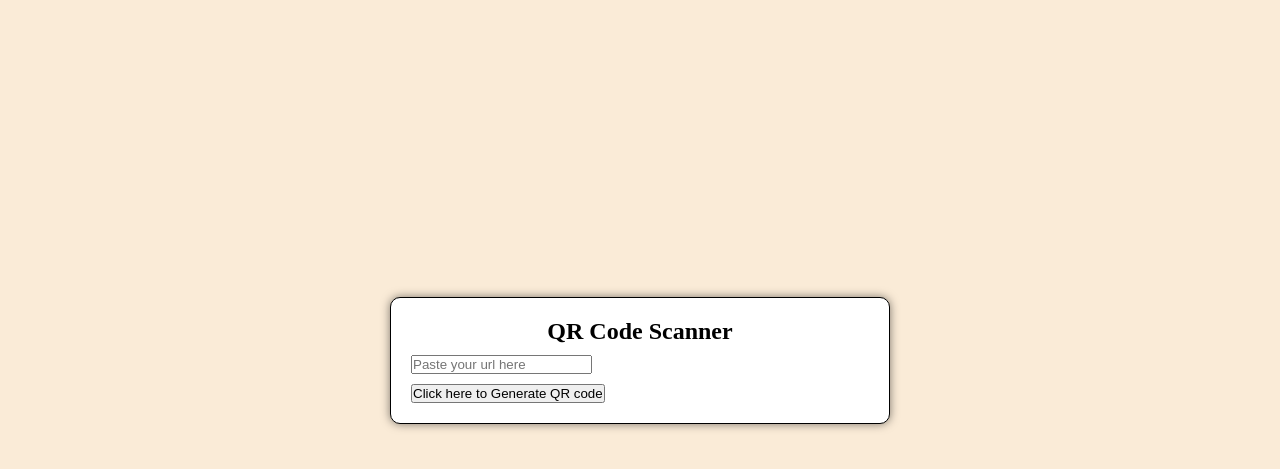
Repository: JunaidAnsari202/QR-Scanner
Page: index.html
The author's editor kept a copy of each file at every save. The page is drawn from the files as they stood at one save, then again after the next save.
The browser window is 1280 px wide. The pictures show the whole page.

Above is the page before, as saved 2024-10-12 12:21:16.

### index.html
<!DOCTYPE html>
<html lang="en">
<head>
    <meta charset="UTF-8">
    <meta name="viewport" content="width=device-width, initial-scale=1.0">
    <title>Document</title><link rel="stylesheet" href="style.css">
</head>
<body>
    <div class="qr-container">
        <h2>QR Code Scanner</h2>
        <input type="text" id="qr-input" placeholder="Paste your url here">
        <button id="qr-button">Click here to Generate QR code</button>
        <img src="" alt="" id="qr-img">
    </div>
</body>
<script src="scripit.js"></script>
</html>

### style.css
*{
    padding: 0;
    margin: 0;
    box-sizing: border-box;
}

body{
    background-color: antiquewhite;
    display: flex;
    justify-content: center;
    align-items: center;
    height: 100vh;
}

.qr-container{
    border: 1px solid black;
    border-radius: 10px;
    padding: 20px;
    width: 500px;
    box-shadow: 0 0 10px 0 rgba(0,0,0,0.5 );
    background-color: white;
}

h2{
    text-align: center;
    margin-bottom: 10px;
}

#qr-input{
    display: block;
    margin-bottom: 10px;
    width: 100;


}

Loaded but not shown: scripit.js (no copy from this time; the picture is the same without it)

After the next save:
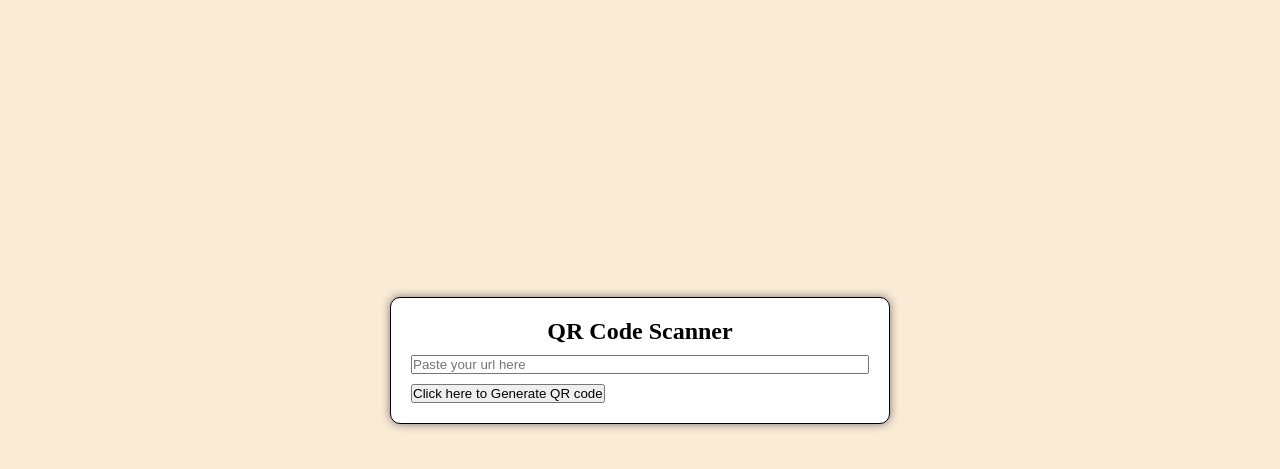
Saved 1 s later.
--- a/style.css
+++ b/style.css
@@ -29,7 +29,7 @@ h2{
 #qr-input{
     display: block;
     margin-bottom: 10px;
-    width: 100;
+    width: 100%;
 
 
 }
